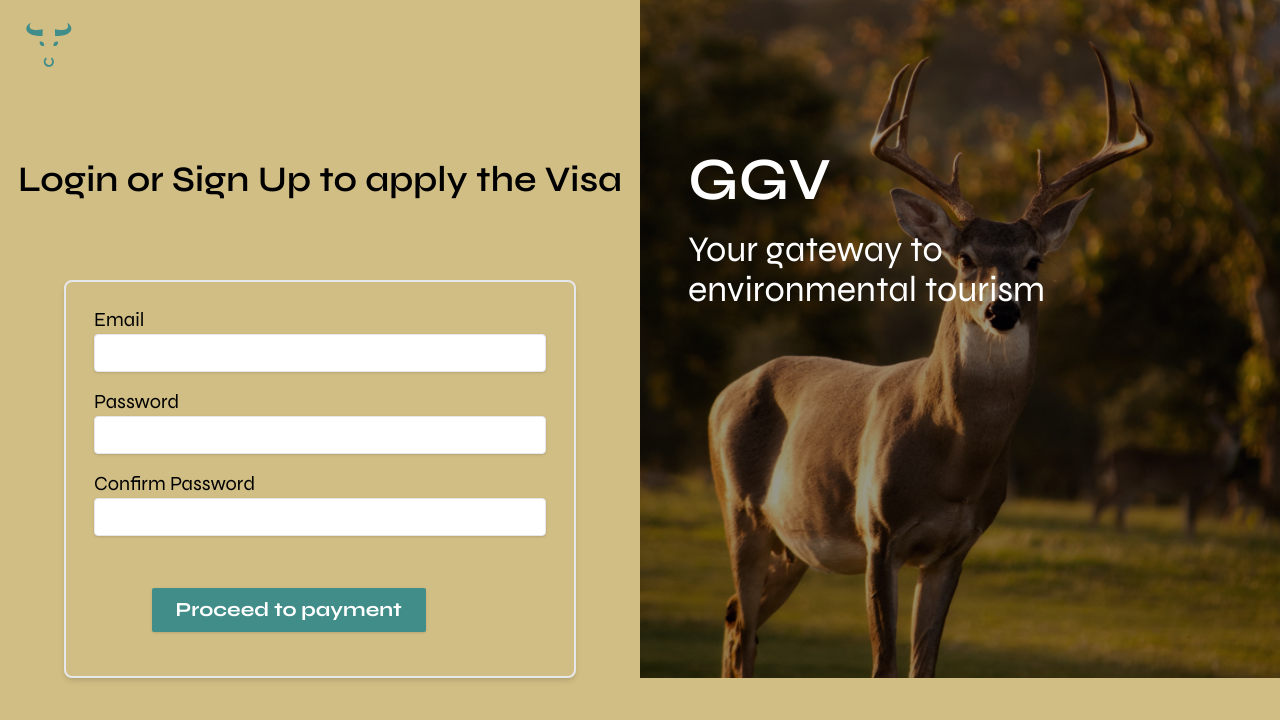
Repository: EngrAhmadUmar/landing-page
Page: /register
The author's editor kept a copy of each file at every save. The page is drawn from the files as they stood at one save, then again after the next save.
The browser window is 1280 px wide. The pictures show the whole page.
The project was rebuilt for these pictures with package versions that can differ from the ones it lists, and the page was loaded fresh each time. The framework's server and built-in components were replaced by stand-ins that run in the browser. Also part of the build but not shown: next.config.js, styles/Home.module.css, src/Components/ApplyPageComponents/ApplyForm.jsx, src/Components/ApplyPageComponents/LoginForm.jsx.

Above is the page before, as saved 2022-07-06 11:37:15.

After the next save:
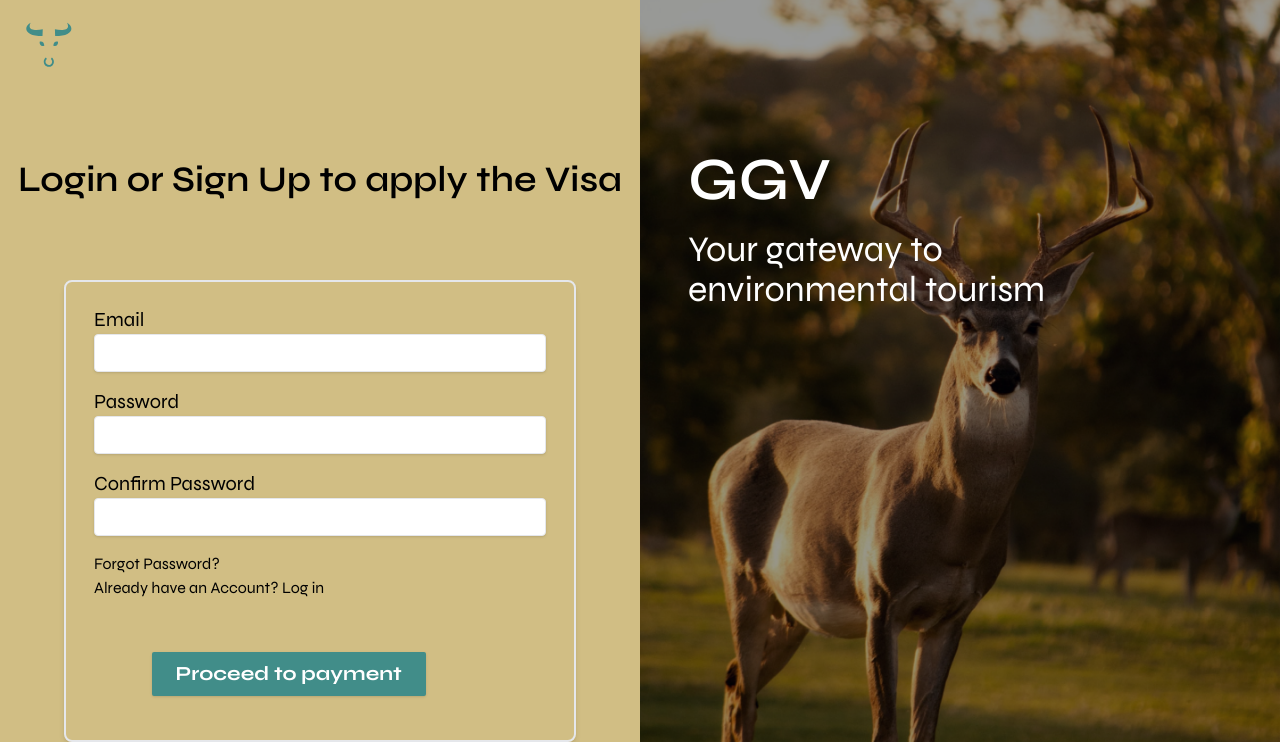
Saved 74 s later.
--- a/src/Components/ApplyPageComponents/RegisterForm.jsx
+++ b/src/Components/ApplyPageComponents/RegisterForm.jsx
@@ -121,6 +121,11 @@ const JoinUs = () => {
                 className="shadow appearance-none border rounded w-full py-2 px-3 text-gray-700 leading-tight focus:outline-none focus:shadow-outline"
               />
             </div>
+
+            <div>
+              <h3>Forgot Password?</h3>
+              <h3>Already have an Account? Log in</h3>
+            </div>
             <div className="mt-5 ml-[8vh]">
               <button
                 className="shadow focus:shadow-outline focus:outline-none text-white font-bold py-2 px-6 md:text-xl bg-[#418d89] rounded-sm mt-8 mb-3 py-1"
